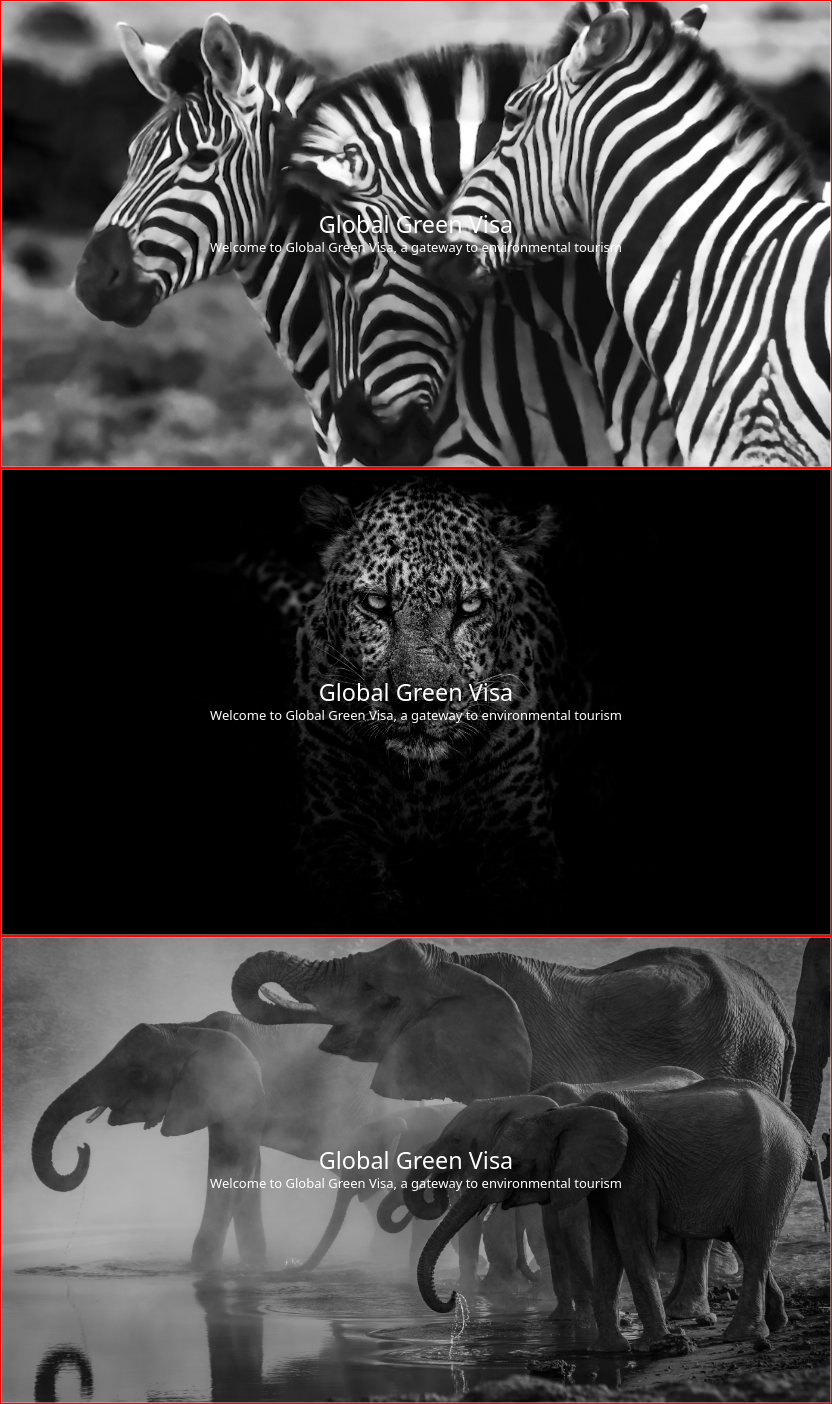
Repository: BrightonMboya/ggv-landingPage
Page: /
An editor plug-in stored every save of this project. The page is shown before and after the next save, followed by the edit.
The browser window is 1280 px wide. The pictures show the whole page, at 65% of full size.
The project was rebuilt for these pictures with package versions that can differ from the ones it lists, and the page was loaded fresh each time. The framework's server and built-in components were replaced by stand-ins that run in the browser. Also part of the build but not shown: next.config.js.

Above is the page before, as saved 2022-06-14 09:36:05.

After the next save:
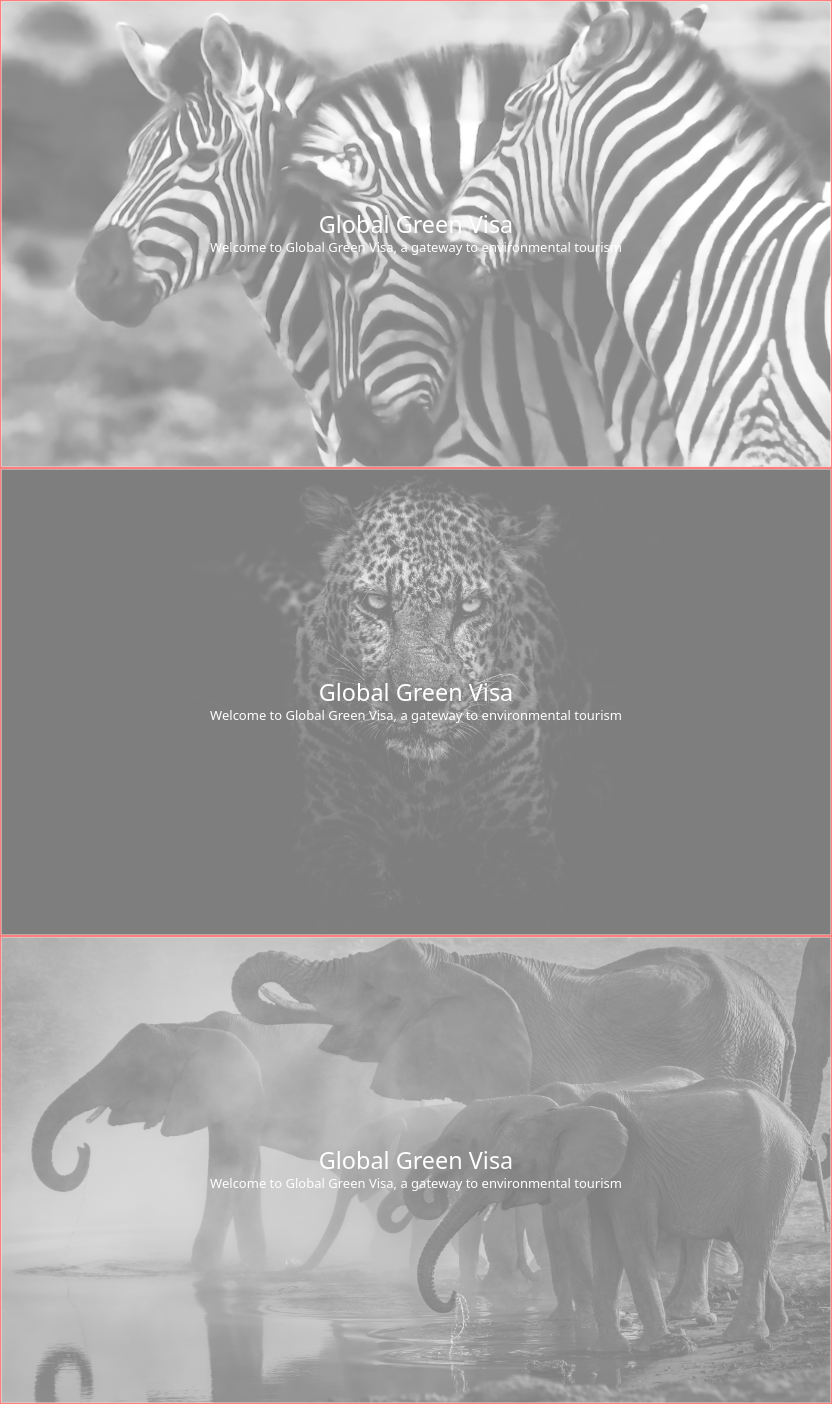
Saved 76 s later.
--- a/styles/Home.module.css
+++ b/styles/Home.module.css
@@ -39,6 +39,7 @@
 .bg {
   /* max-width: 100%; */
   position: relative;
+  opacity: 0.5;
   border: 2px solid red;
   /* height: 100vh; */
 }
